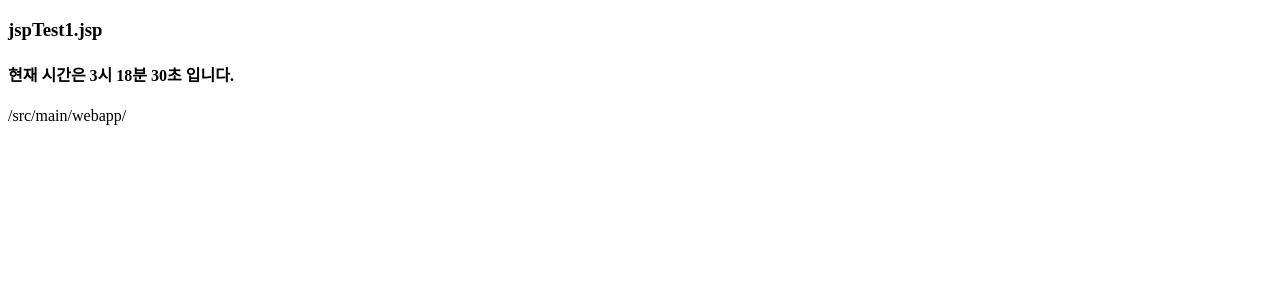
Repository: SouthSea0613/401_Unauthorized_java
Page: http://localhost/model1_1st/jspTest1.jsp
The author's editor kept a copy of each file at every save. The page is drawn from the files as they stood at one save, then again after the next save.
The browser window is 1280 px wide. The pictures show the whole page.
The page is served by Tomcat 9.

Above is the page before, as saved 2024-12-02 01:26:08.

After the next save:
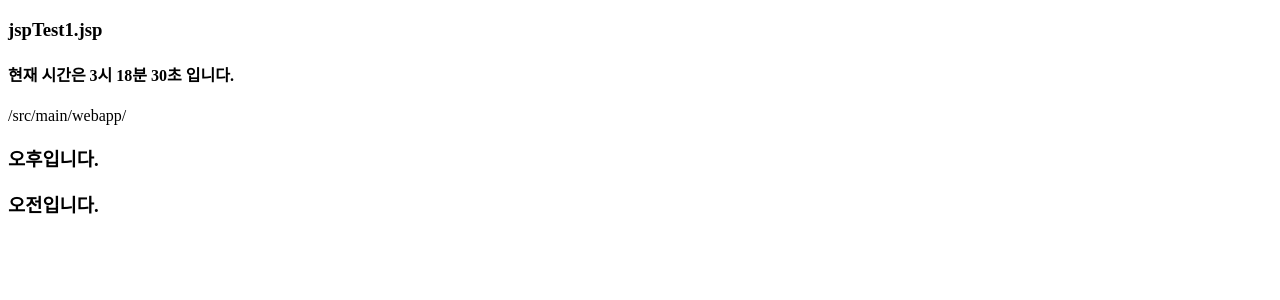
Saved 11 s later.
--- a/model1_1st/src/main/webapp/jspTest1.jsp
+++ b/model1_1st/src/main/webapp/jspTest1.jsp
@@ -14,12 +14,21 @@
 	int hour = c.get(Calendar.HOUR);
 	int min = c.get(Calendar.MINUTE);
 	int sec = c.get(Calendar.SECOND);
+
+	// String request = "jsp 내장객체는 사용불가"
+	// out, session, page 도 내장객체!!!!!!!!!!! 이름 변형해봐 사용하게 되면 Duplicate  나옴
 	%>
 <body>
 	<h3>jspTest1.jsp</h3>
 	 <h4>현재 시간은 <%=hour+1%>시 <%=min%>분 <%=sec%>초 입니다.</h4>
 	  <!--↑위 내용 처럼 출력하고 싶다면 사용하자 -->
 	  <%=request.getServletContext().getRealPath("/") %>
+	 <%if(hour >= 12) {
+
+	  %> <% } else { %>
+	   <h3>오후입니다.</h3><%} %>
+	  <h3>오전입니다.</h3>
+
 
 </body>
 </html>
